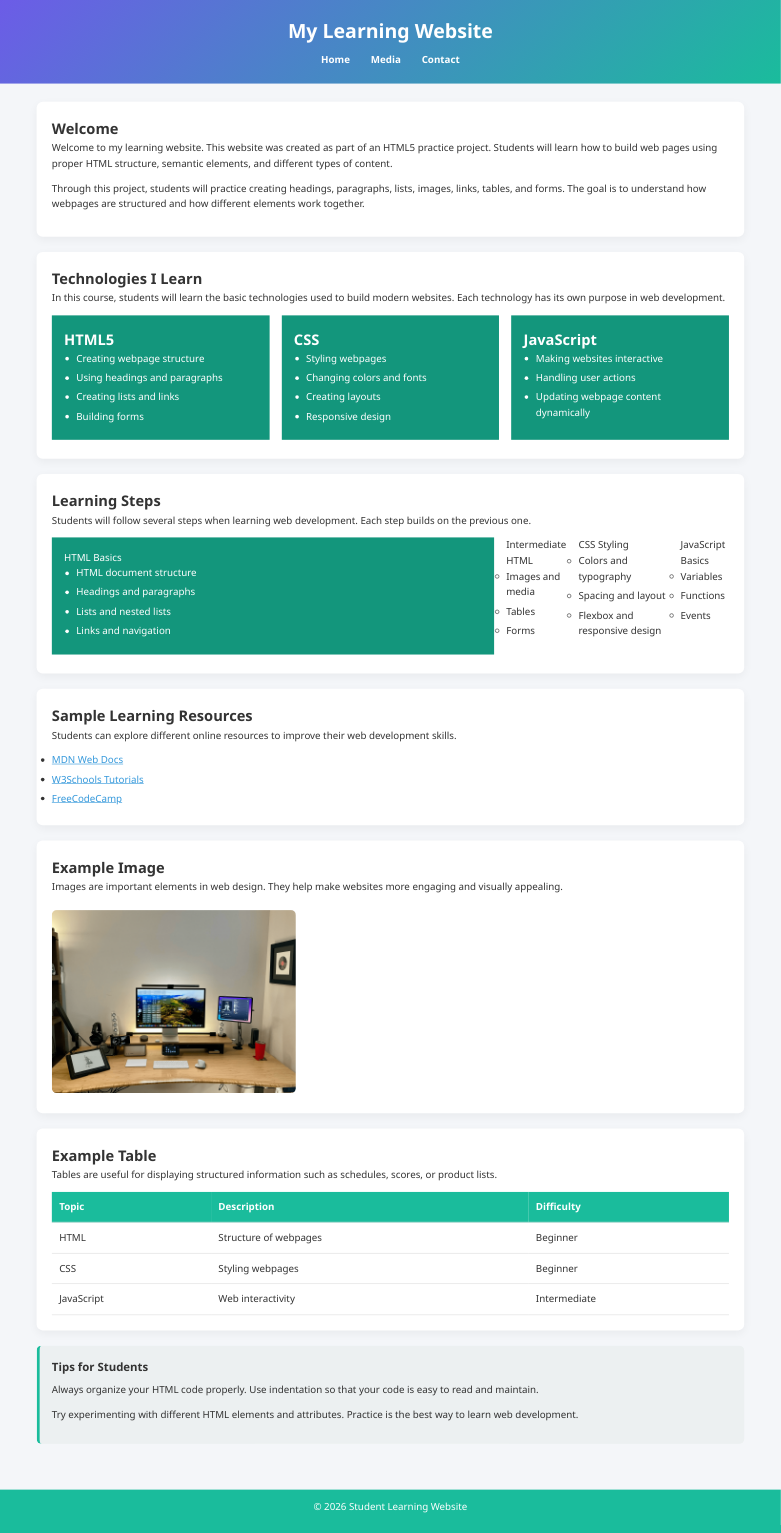
Repository: Than-sothearak/web_client_programing
Page: Week_03/index.html
An editor plug-in stored every save of this project. The page is shown before and after a run of saves, followed by the edit.
The browser window is 1280 px wide. The pictures show the whole page, at 61% of full size.

Above is the page before, as saved 2026-03-24 21:25:15.

### Week_03/index.html
<!doctype html>
<html lang="en">
  <head>
    <meta charset="UTF-8" />
    <meta name="viewport" content="width=device-width, initial-scale=1.0" />
    <title>My Learning Website</title>
    <link rel="stylesheet" href="styles.css" />
  </head>

  <body>
    <header>
      <h1>My Learning Website</h1>

      <nav>
        <ul>
          <li><a href="index.html">Home</a></li>
          <li><a href="gallery.html">Media</a></li>
          <li><a href="contact.html">Contact</a></li>
        </ul>
      </nav>
    </header>

    <main>
      <section>
        <article>
          <h2>Welcome</h2>

          <p>
            Welcome to my learning website. This website was created as part of
            an HTML5 practice project. Students will learn how to build web
            pages using proper HTML structure, semantic elements, and different
            types of content.
          </p>

          <p>
            Through this project, students will practice creating headings,
            paragraphs, lists, images, links, tables, and forms. The goal is to
            understand how webpages are structured and how different elements
            work together.
          </p>
        </article>
      </section>

      <section>
        <h2>Technologies I Learn</h2>

        <p>
          In this course, students will learn the basic technologies used to
          build modern websites. Each technology has its own purpose in web
          development.
        </p>

        <ul class="card-container">
          <li class="card">
            <h2>HTML5</h2>
            <ul>
              <li>Creating webpage structure</li>
              <li>Using headings and paragraphs</li>
              <li>Creating lists and links</li>
              <li>Building forms</li>
            </ul>
          </li>

          <li class="card">
            <h2>CSS</h2>
            <ul>
              <li>Styling webpages</li>
              <li>Changing colors and fonts</li>
              <li>Creating layouts</li>
              <li>Responsive design</li>
            </ul>
          </li>

          <li class="card">
            <h2>JavaScript</h2>
            <ul>
              <li>Making websites interactive</li>
              <li>Handling user actions</li>
              <li>Updating webpage content dynamically</li>
            </ul>
          </li>
        </ul>
      </section>

      <section>
        <h2>Learning Steps</h2>

        <p>
          Students will follow several steps when learning web development. Each
          step builds on the previous one.
        </p>

        <ol class="card-container">
          <li class="card">
            HTML Basics
            <ul>
              <li>HTML document structure</li>
              <li>Headings and paragraphs</li>
              <li>Lists and nested lists</li>
              <li>Links and navigation</li>
            </ul>
          </li>

          <li>
            Intermediate HTML
            <ul>
              <li>Images and media</li>
              <li>Tables</li>
              <li>Forms</li>
            </ul>
          </li>

          <li>
            CSS Styling
            <ul>
              <li>Colors and typography</li>
              <li>Spacing and layout</li>
              <li>Flexbox and responsive design</li>
            </ul>
          </li>

          <li>
            JavaScript Basics
            <ul>
              <li>Variables</li>
              <li>Functions</li>
              <li>Events</li>
            </ul>
          </li>
        </ol>
      </section>

      <section>
        <h2>Sample Learning Resources</h2>

        <p>
          Students can explore different online resources to improve their web
          development skills.
        </p>

        <ul>
          <li>
            <a href="https://developer.mozilla.org" target="_blank">
              MDN Web Docs
            </a>
          </li>

          <li>
            <a href="https://www.w3schools.com" target="_blank">
              W3Schools Tutorials
            </a>
          </li>

          <li>
            <a href="https://www.freecodecamp.org" target="_blank">
              FreeCodeCamp
            </a>
          </li>
        </ul>
      </section>

      <section>
        <h2>Example Image</h2>

        <p>
          Images are important elements in web design. They help make websites
          more engaging and visually appealing.
        </p>

        <img src="../images/computer.png" alt="Computer setup" width="400" />
      </section>

      <section>
        <h2>Example Table</h2>

        <p>
          Tables are useful for displaying structured information such as
          schedules, scores, or product lists.
        </p>

        <table>
          <tr>
            <th>Topic</th>
            <th>Description</th>
            <th>Difficulty</th>
          </tr>

          <tr>
            <td>HTML</td>
            <td>Structure of webpages</td>
            <td>Beginner</td>
          </tr>

          <tr>
            <td>CSS</td>
            <td>Styling webpages</td>
            <td>Beginner</td>
          </tr>

          <tr>
            <td>JavaScript</td>
            <td>Web interactivity</td>
            <td>Intermediate</td>
          </tr>
        </table>
      </section>

      <aside>
        <h3>Tips for Students</h3>

        <p>
          Always organize your HTML code properly. Use indentation so that your
          code is easy to read and maintain.
        </p>

        <p>
          Try experimenting with different HTML elements and attributes.
          Practice is the best way to learn web development.
        </p>
      </aside>
    </main>

    <footer>
      <p>© 2026 Student Learning Website</p>
    </footer>
  </body>
</html>

### Week_03/styles.css
/* Reset basic spacing */

/* Reset */

* {
  margin: 0;
  padding: 0;
  box-sizing: border-box;
}

/* Body */

body {
  font-family: "Segoe UI", Arial, sans-serif;
  background: #f4f6f9;
  color: #333;
  line-height: 1.6;
}

/* Header */

header {
  background: linear-gradient(135deg, #6c5ce7, #1abc9c);
  color: white;
  padding: 25px 20px;
  text-align: center;
}

/* Navigation */

nav ul {
  list-style: none;
  margin-top: 10px;
}

nav ul li {
  display: inline-block;
  margin: 0 15px;
}

nav a {
  color: white;
  text-decoration: none;
  font-weight: 600;
  transition: 0.3s;
}

nav a:hover {
  color: #1abc9c;
}

/* Main container */

main {
  max-width: 1200px;
  margin: auto;
  padding: 30px 20px;
}

/* Section cards */

section {
  background: white;
  padding: 25px;
  margin-bottom: 25px;
  border-radius: 10px;
  box-shadow: 0 5px 15px rgba(0, 0, 0, 0.05);
}

/* Headings */

h1 {
  font-size: 32px;
  margin-bottom: 10px;
}


h3 {
  margin-bottom: 10px;
}

/* Paragraph */

p {
  margin-bottom: 15px;
}

/* Lists */

.card-container {
  display: flex;
  gap: 20px;
  list-style: none;
}

.card {
  padding: 20px;
  color: white;
  width: 100%;
  background-color: #13967c;
}

.card li{
  margin-left: 20px;
  list-style:disc;
}

li {
  margin-bottom: 6px;
}

/* Links */

a {
  color: #3498db;
}

a:hover {
  text-decoration: underline;
}

/* Image styling */

img {
  max-width: 100%;
  height: auto;
  border-radius: 8px;
  margin-top: 10px;
}

/* Table */

table {
  width: 100%;
  border-collapse: collapse;
  margin-top: 10px;
}

th,
td {
  padding: 12px;
  text-align: left;
  border-bottom: 1px solid #ddd;
}

th {
  background: #1abc9c;
  color: white;
}

tr:hover {
  background: #f1f1f1;
}

/* Aside */

aside {
  background: #ecf0f1;
  padding: 20px;
  border-left: 5px solid #1abc9c;
  border-radius: 8px;
  margin-bottom: 25px;
}

/* Footer */

footer {
  text-align: center;
  background: #1abc9c;
  color: white;
  padding: 15px;
  margin-top: 20px;
}

/* Responsive Design */

@media (max-width: 768px) {
  nav ul li {
    display: block;
    margin: 10px 0;
  }

  main {
    padding: 20px 15px;
  }

  h1 {
    font-size: 26px;
  }
}

.images-gallery {
  width: 100%;
  display: flex;
  flex-wrap: wrap;
  gap: 20px;
}

.images-gallery figure {
  flex: 1 1 calc(50% - 20px);
}

.images-gallery img {
  width: 100%;
  height: auto;
}

figcaption {
  margin-top: 8px;
  font-size: 14px;
  color: #555;
}

@media (max-width: 768px) {
  .images-gallery {
    flex-direction: column;
    align-items: center;
  }


}

After the next 3 saves:
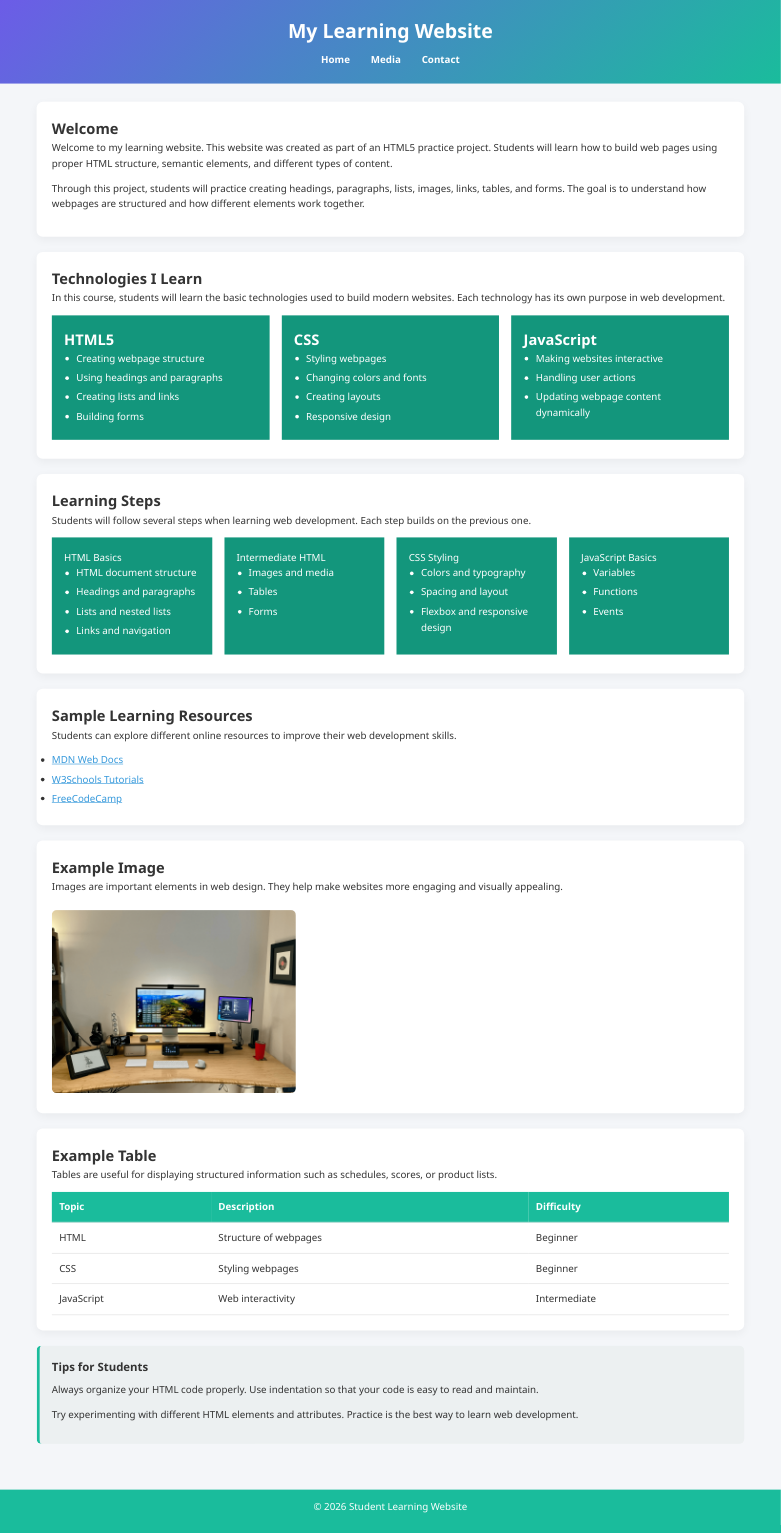
The 3 saves are shown as one change because they came seconds apart.
The last was saved 11 s later.
--- a/Week_03/index.html
+++ b/Week_03/index.html
@@ -101,7 +101,7 @@
             </ul>
           </li>
 
-          <li>
+          <li class="card">
             Intermediate HTML
             <ul>
               <li>Images and media</li>
@@ -110,7 +110,7 @@
             </ul>
           </li>
 
-          <li>
+          <li class="card">
             CSS Styling
             <ul>
               <li>Colors and typography</li>
@@ -119,7 +119,7 @@
             </ul>
           </li>
 
-          <li>
+          <li class="card">
             JavaScript Basics
             <ul>
               <li>Variables</li>
